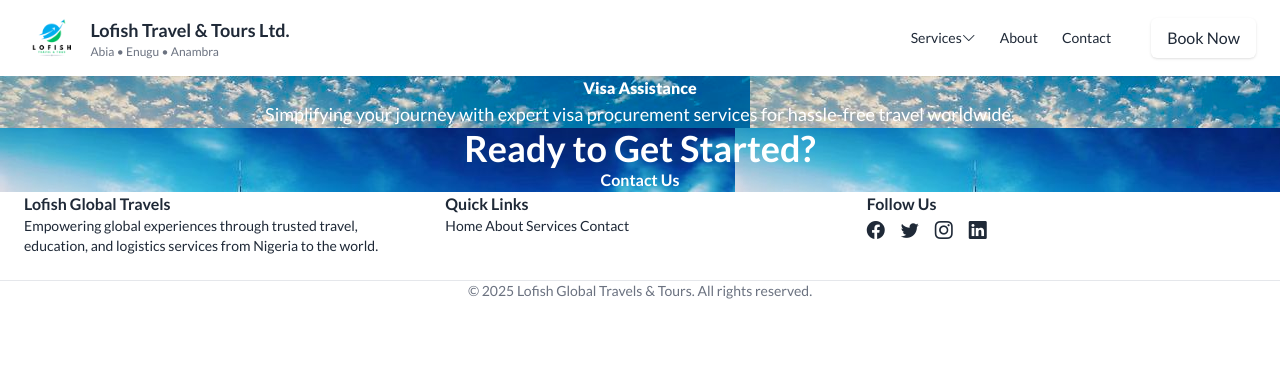
Repository: PhantomMiles/Lofish-Travels-and-Tours
Page: visa.html
These files come from the project's save history. The page is drawn as it stood at one moment and after the next save; the edit follows.
The browser window is 1280 px wide. The pictures show the whole page.

Above is the page before, as saved 2025-11-14 12:44:18.

### visa.html
<!DOCTYPE html>
<html lang="en">

<head>
  <meta charset="UTF-8" />
  <meta name="viewport" content="width=device-width, initial-scale=1.0" />
  <title>Our Services | Lofish Global Travels & Tours</title>

  <link rel="icon" type="image/png" href="img/logo_lofish.png" />
  <link rel="stylesheet" href="css/main.css">
  <link rel="stylesheet" href="node_modules/bootstrap-icons/font/bootstrap-icons.min.css">
  <link rel="preconnect" href="https://fonts.googleapis.com">
  <link rel="preconnect" href="https://fonts.gstatic.com" crossorigin>
  <link href="https://fonts.googleapis.com/css2?family=Lato:wght@300;400;700;900&display=swap" rel="stylesheet">
  <link rel="stylesheet" href="https://cdn.jsdelivr.net/npm/bootstrap-icons@1.11.3/font/bootstrap-icons.css">
  <style>
    /* small helper to keep font consistent */
    body { font-family: 'Lato', system-ui, -apple-system, "Segoe UI", Roboto, "Helvetica Neue", Arial; };
  </style>
</head>

<body class="antialiased text-gray-800 bg-teal-500/5">


  <!-- ========================================================= -->
  <!-- HEADER (EXACT COPY FROM ABOUT.HTML) -->
  <!-- ========================================================= -->
  <header class="sticky top-0 z-50 w-full bg-white shadow-sm">
    <div class="flex items-center justify-between px-6 py-4 mx-auto max-w-7xl">
        <a class="flex items-center gap-3" href="index.html">
        <img src="img/logo_lofish.png" alt="Lofish logo" class="object-contain h-10 rounded-md w-14" />
        <div>
            <h1 class="text-lg font-semibold">Lofish Travel &amp; Tours Ltd.</h1>
            <p class="text-xs text-gray-500">Abia • Enugu • Anambra</p>
        </div>
        </a>

        <!-- Desktop nav -->
        <nav class="items-center hidden gap-6 md:flex">
        <!-- Services dropdown (desktop) -->
        <div class="relative" id="servicesDropdownWrapper">
            <button id="servicesBtn" aria-expanded="false" class="flex items-center gap-2 py-1 text-sm font-medium text-gray-700  focus:outline-none group">
            Services
            <i class="bi bi-chevron-down"></i>
            <span class="absolute left-0 bottom-0 h-0.5 bg-teal-500 transition-all duration-300 w-full"></span>
            </button>

            <!-- dropdown panel -->
            <div id="servicesDropdown" class="absolute right-0 invisible w-56 mt-2 transition-all origin-top-right transform scale-95 bg-white rounded-md shadow-lg opacity-0 pointer-events-none ring-1 ring-black ring-opacity-5">
            <div class="py-2">
                <a href="visa.html" class="block px-4 py-2 text-sm text-gray-700 hover:bg-teal-700/10">Visa Procurement</a>
                <a href="flights.html" class="block px-4 py-2 text-sm text-gray-700 hover:bg-teal-700/10">Flight Ticketing</a>
                <a href="hotels.html" class="block px-4 py-2 text-sm text-gray-700 hover:bg-teal-700/10">Hotel Reservations</a>
                <a href="freight.html" class="block px-4 py-2 text-sm text-gray-700 hover:bg-teal-700/10">Freight &amp; Customs</a>
            </div>
            </div>
        </div>

        <a href="about.html" class="relative block py-1 mb-2 text-sm font-medium text-gray-700 transition-all duration-500 cursor-pointer md:mb-0 lg:text-left group">About
            <span class="absolute left-0 bottom-0 w-0 h-0.5 bg-teal-500 transition-all duration-300 group-hover:w-full"></span>
        </a>
        <a href="contact.html" class="relative block py-1 mb-2 text-sm font-medium text-gray-700 transition-all duration-500 cursor-pointer  md:mb-0 lg:text-left group">Contact
            <span class="absolute left-0 bottom-0 w-0 h-0.5 bg-teal-500 transition-all duration-300 group-hover:w-full"></span>
        </a>

        <button id="bookBtn" class="px-4 py-2 ml-4 font-medium text-black transition rounded-md shadow bg-gold hover:brightness-95">Book Now</button>
        </nav>

        <!-- Mobile toggle -->
        <div class="flex items-center gap-2 md:hidden">
        <button id="bookBtnMobile" class="px-3 py-2 text-sm font-medium text-black rounded-md bg-gold">Book</button>
        <button id="menuBtn" aria-expanded="false" class="p-2 border rounded-md">
            <svg xmlns="http://www.w3.org/2000/svg" class="w-6 h-6" fill="none" viewBox="0 0 24 24" stroke="currentColor" aria-hidden="true">
            <path stroke-linecap="round" stroke-linejoin="round" stroke-width="2" d="M4 6h16M4 12h16M4 18h16" />
            </svg>
        </button>
        </div>
    </div>

    <!-- Mobile menu (collapsible) -->
    <div id="mobileMenu" class="hidden border-t md:hidden">
        <div class="px-4 py-4 space-y-3">
        <!-- Services with collapsible submenu -->
        <div class="space-y-1">
            <button id="mobileServicesBtn" aria-expanded="false" class="flex items-center justify-between w-full px-3 py-2 text-left rounded-md hover:bg-royalBlue/5">
            <span class="font-medium">Services</span>
            <svg class="w-4 h-4 text-gray-600" viewBox="0 0 24 24" fill="none" stroke="currentColor"><path stroke-linecap="round" stroke-linejoin="round" stroke-width="2" d="M19 9l-7 7-7-7"/></svg>
            </button>
            <div id="mobileServicesPanel" class="hidden pl-4 space-y-1">
            <a href="visa.html" class="block px-3 py-2 text-sm rounded-md hover:bg-royalBlue/5">Visa Procurement</a>
            <a href="flights.html" class="block px-3 py-2 text-sm rounded-md hover:bg-royalBlue/5">Flight Ticketing</a>
            <a href="hotels.html" class="block px-3 py-2 text-sm rounded-md hover:bg-royalBlue/5">Hotel Reservations</a>
            <a href="freight.html" class="block px-3 py-2 text-sm rounded-md hover:bg-royalBlue/5">Freight &amp; Customs</a>
            </div>
        </div>

        <a href="about.html" class="block px-3 py-2 rounded-md hover:bg-royalBlue/5">About</a>
        <a href="contact.html" class="block px-3 py-2 rounded-md hover:bg-royalBlue/5">Contact</a>
        </div>
    </div>
  </header>

  <!-- ========================================================= -->
  <!-- HERO SECTION -->
  <!-- ========================================================= -->
  <section class="relative overflow-hidden  bg-no-repeat bg-fixed bg-cover bg-center py-28" style="background-image:url('./img/services-hero.jpg');">
    <div class="absolute inset-0 bg-black/50"></div>
    <div class="relative z-10 max-w-4xl px-6 mx-auto text-center text-white">
      <h1 class="mb-4 text-5xl font-extrabold">Visa Assistance</h1>
      <p class="text-lg text-gray-200">
        Simplifying your journey with expert visa procurement services for hassle-free travel worldwide.
      </p>
    </div>
  </section>

  <!-- ========================================================= -->
    <!-- MAIN CONTENT -->

    <!-- ========================================================= -->


    <!-- CTA SECTION -->
    <!-- ========================================================= -->
  <section class="relative py-20 text-center text-white bg-fixed bg-center bg-cover"
    style="background-image:url('./img/cta.jpg');">
    <div class="absolute inset-0 bg-black/70"></div>

    <div class="relative z-10 max-w-3xl mx-auto px-6">
      <h2 class="text-4xl font-bold mb-4">Ready to Get Started?</h2>
      <p class="text-lg text-blue-100 mb-6">

      </p>

      <a href="contact.html"
        class="px-8 py-3 font-semibold text-black bg-gold rounded-md hover:bg-yellow-400 transition">
        Contact Us
      </a>
    </div>
  </section>



  <!-- ========================================================= -->
  <!-- FOOTER (EXACT COPY FROM ABOUT PAGE) -->
  <!-- ========================================================= -->
  <footer class="py-10 text-gray-300 bg-gray-900">
    <div class="grid gap-8 px-6 mx-auto max-w-7xl md:grid-cols-3">
      <div>
        <h3 class="mb-4 text-xl font-bold text-gold">Lofish Global Travels</h3>
        <p class="text-sm text-gray-400">
          Empowering global experiences through trusted travel, education, and logistics services from Nigeria to the world.
        </p>
      </div>

      <div>
        <h3 class="mb-4 text-xl font-bold text-gold">Quick Links</h3>
        <div class="space-x-4 space-y-4 text-sm">
          <a href="index.html" class="hover:text-gold">Home</a>
          <a href="about.html" class="hover:text-gold">About</a>
          <a href="services.html" class="hover:text-gold">Services</a>
          <a href="contact.html" class="hover:text-gold">Contact</a>
        </div>
      </div>

      <div>
        <h3 class="mb-4 text-xl font-bold text-gold">Follow Us</h3>
        <div class="flex space-x-4 gap-4 text-lg">
          <a href="#" class="hover:text-gold"><i class="bi bi-facebook"></i></a>
          <a href="#" class="hover:text-gold"><i class="bi bi-twitter"></i></a>
          <a href="#" class="hover:text-gold"><i class="bi bi-instagram"></i></a>
          <a href="#" class="hover:text-gold"><i class="bi bi-linkedin"></i></a>
        </div>
      </div>
    </div>

    <hr class="mx-auto mt-6 w-[95%]">
    <div class="mt-10 text-sm text-center text-gray-500">
      © 2025 Lofish Global Travels & Tours. All rights reserved.
    </div>
  </footer>



  <!-- ========================================================= -->
  <!-- SCRIPTS (EXACT COPY FROM ABOUT PAGE) -->
  <!-- ========================================================= -->
  <script>
    // Header toggles
    const menuBtn = document.getElementById('menuBtn');
    const mobileMenu = document.getElementById('mobileMenu');
    const bookBtn = document.getElementById('bookBtn');
    const bookBtnMobile = document.getElementById('bookBtnMobile');
    const bookingModal = document.getElementById('bookingModal');
    const closeModal = document.getElementById('closeModal');
    const modalCancel = document.getElementById('modalCancel');

    menuBtn?.addEventListener('click', () => {
      const expanded = menuBtn.getAttribute('aria-expanded') === 'true';
      menuBtn.setAttribute('aria-expanded', String(!expanded));
      mobileMenu.classList.toggle('hidden');
    });

    // Desktop Services dropdown
    const servicesBtn = document.getElementById('servicesBtn');
    const servicesDropdown = document.getElementById('servicesDropdown');
    const servicesWrapper = document.getElementById('servicesDropdownWrapper');

    function openServices() {
      servicesDropdown.classList.remove('invisible', 'opacity-0', 'pointer-events-none', 'scale-95');
      servicesDropdown.classList.add('visible', 'opacity-100', 'pointer-events-auto', 'scale-100');
      servicesBtn.setAttribute('aria-expanded', 'true');
    }
    function closeServices() {
      servicesDropdown.classList.add('invisible', 'opacity-0', 'pointer-events-none', 'scale-95');
      servicesDropdown.classList.remove('visible', 'opacity-100', 'pointer-events-auto', 'scale-100');
      servicesBtn.setAttribute('aria-expanded', 'false');
    }

    servicesBtn?.addEventListener('click', (e) => {
      e.stopPropagation();
      const expanded = servicesBtn.getAttribute('aria-expanded') === 'true';
      if (expanded) closeServices();
      else openServices();
    });

    document.addEventListener('click', (e) => {
      if (!servicesWrapper.contains(e.target)) closeServices();
    });

    const mobileServicesBtn = document.getElementById('mobileServicesBtn');
    const mobileServicesPanel = document.getElementById('mobileServicesPanel');
    mobileServicesBtn?.addEventListener('click', () => {
      const expanded = mobileServicesBtn.getAttribute('aria-expanded') === 'true';
      mobileServicesBtn.setAttribute('aria-expanded', String(!expanded));
      mobileServicesPanel.classList.toggle('hidden');
    });

    // Booking modal
    ;[bookBtn, bookBtnMobile].forEach(b => b?.addEventListener('click', () => {
      bookingModal.classList.remove('hidden');
      bookingModal.querySelector('input')?.focus();
    }));
    closeModal?.addEventListener('click', () => bookingModal.classList.add('hidden'));
    modalCancel?.addEventListener('click', () => bookingModal.classList.add('hidden'));
    bookingModal?.addEventListener('click', (e) => {
      if (e.target === bookingModal) bookingModal.classList.add('hidden');
    });

    // Reveal animation
    const obs = new IntersectionObserver((entries) => {
      entries.forEach(e => {
        if (e.isIntersecting) e.target.classList.add('opacity-100', 'translate-y-0');
      });
    }, {
      threshold: 0.15
    });

    document.querySelectorAll('article, section > .p-6').forEach(el => {
      el.classList.add('opacity-0', 'translate-y-6', 'transition', 'duration-700');
      obs.observe(el);
    });
  </script>

</body>

</html>

Loaded but not shown: node_modules/bootstrap-icons/font/bootstrap-icons.min.css (library); css/main.css (1069 lines, source omitted)

After the next save:
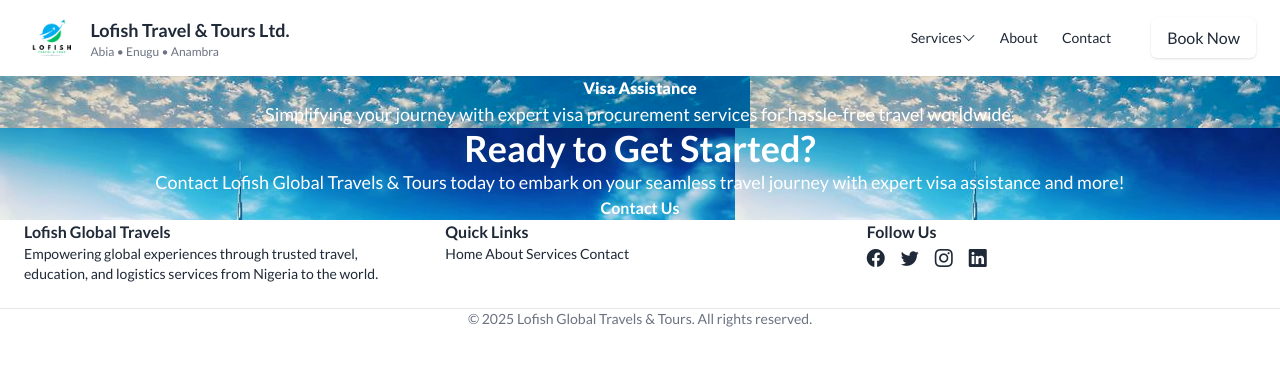
Saved 21 s later.
--- a/visa.html
+++ b/visa.html
@@ -128,7 +128,7 @@
     <div class="relative z-10 max-w-3xl mx-auto px-6">
       <h2 class="text-4xl font-bold mb-4">Ready to Get Started?</h2>
       <p class="text-lg text-blue-100 mb-6">
-
+        Contact Lofish Global Travels & Tours today to embark on your seamless travel journey with expert visa assistance and more!
       </p>
 
       <a href="contact.html"
